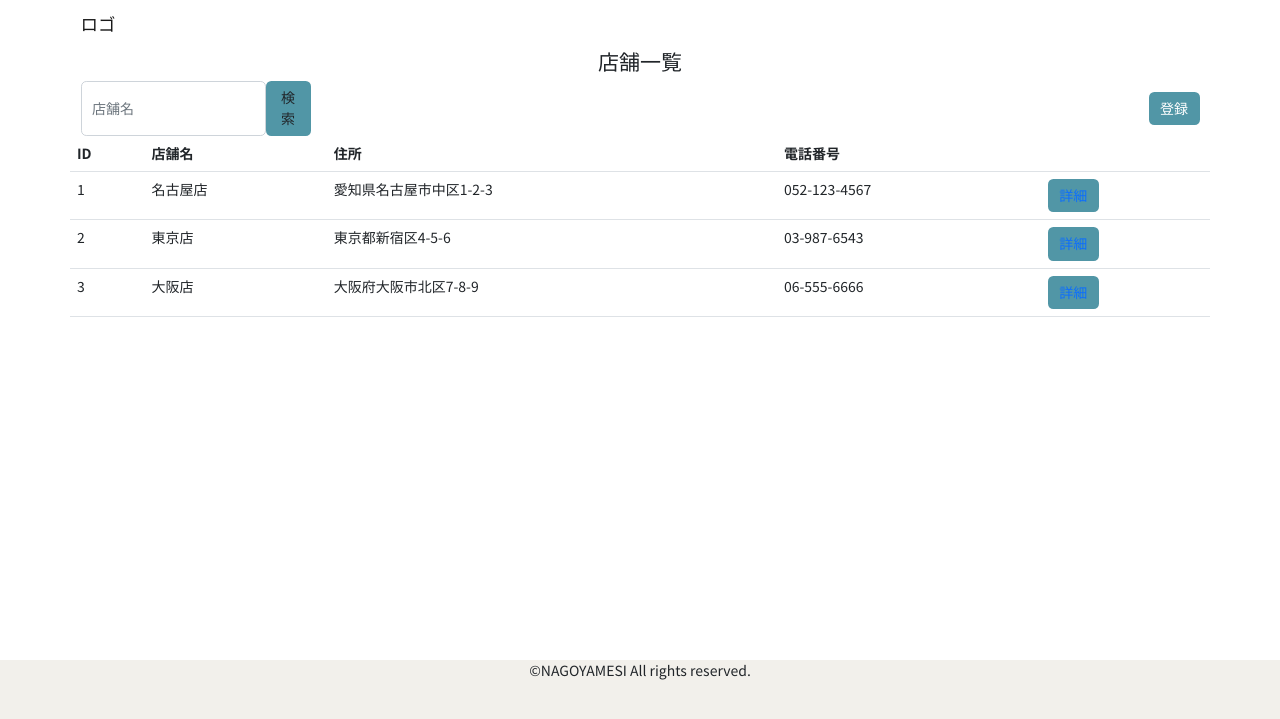
Repository: masa1228ew/taberogu
Page: http://localhost/admin/shop/index
The author's editor kept a copy of each file at every save. The page is drawn from the files as they stood at one save, then again after the next save.
The browser window is 1280 px wide. The pictures show the whole page.
The page is this project's Thymeleaf template; nobody is signed in. The template is opened directly, without the code that normally fills it, so the values that code supplies are empty.

Above is the page before, as saved 2024-11-17 14:31:48.

After the next save:
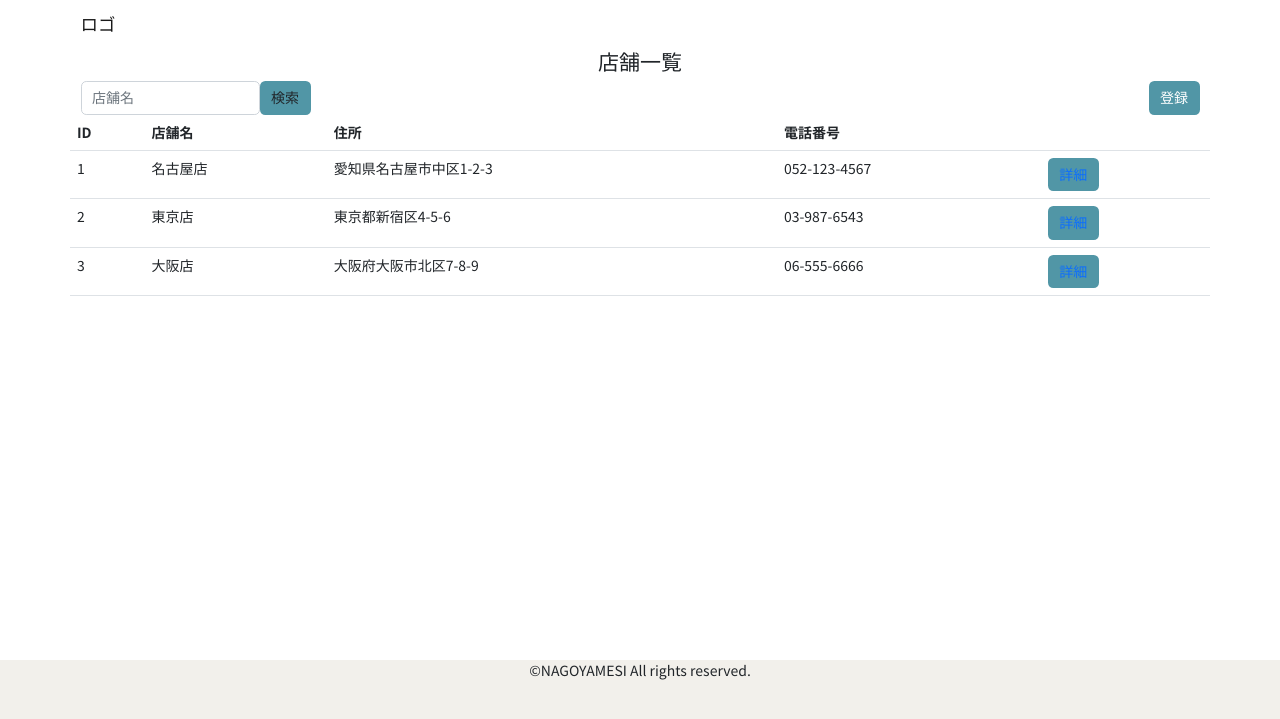
Saved 50 s later.
--- a/taberogu/taberogu/src/main/resources/static/css/style.css
+++ b/taberogu/taberogu/src/main/resources/static/css/style.css
@@ -53,8 +53,8 @@ html {
 
  .search-form{
   display: flex;
-/*            align-items: center;*/
-            align-items: stretch;
+            align-items: center;
+/*            align-items: stretch;*/
 }
 
 .index-container{
@@ -62,6 +62,10 @@ html {
 	align-items: center;
 }
 
+.form-control {
+            flex: 1; /* テキストボックスを広げる */
+        }
+
  .search-button {
             height: auto; /* ボタンの高さをテキストボックスに合わせる */
         }
